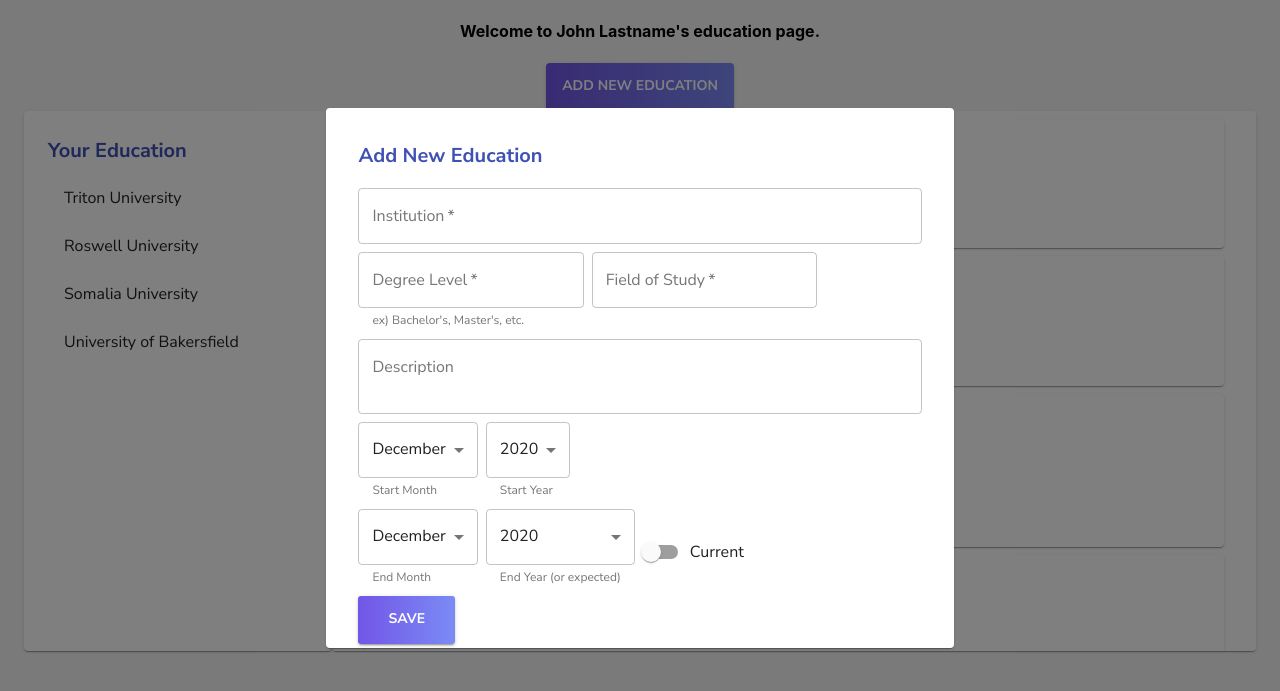
Repository: noellered/Showwcase-React-Challenge
Page: / (app in showwcase-education-react/), after clicking the first element matching `button.MuiButtonBase-root`
An editor plug-in stored every save of this project. The page is shown before and after the next save, followed by the edit.
The browser window is 1280 px wide. The pictures show the whole page.
The page's requests for data from a server got no answer. An inner scrolling area shows only its first screen. The project was rebuilt for these pictures with package versions that can differ from the ones it lists, and the page was loaded fresh each time. No one was signed in, and anything a server would have sent is missing. Also part of the build but not shown: showwcase-education-react/src/components/Home.tsx.

Above is the page before, as saved 2020-12-17 17:59:35.

After the next save:
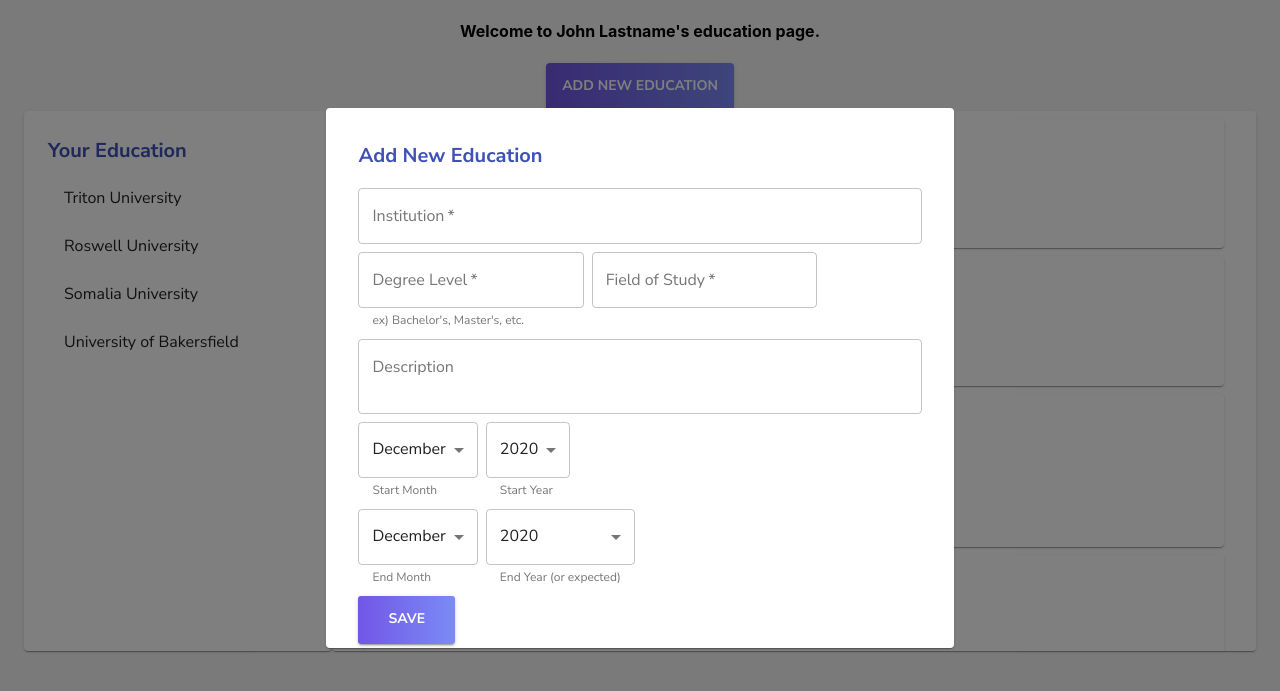
Saved 11 s later.
--- a/showwcase-education-react/src/components/education/EducationModalContent.tsx
+++ b/showwcase-education-react/src/components/education/EducationModalContent.tsx
@@ -182,10 +182,6 @@ const EducationModalContent:FunctionComponent<{handleUpdate: any}>= ({ handleUpd
                 <div className={classes.inputGroup}>
                     <MonthPicker className={`${classes.input} ${classes.mr}`} label="End Month" id="endMonth" onChange={(e)=> setEnd({...end, month: e.target.value})}/>
                     <YearPicker className={`${classes.input} ${classes.mr}`} label="End Year (or expected)" id="endYear" onChange={(e)=> setEnd({...end, year: e.target.value})}/>
-                    <FormControlLabel
-                      control={<Switch checked={current} onChange={handleSwitch} name="current" color="secondary"/>}
-                      label="Current"
-                    />
 
                 </div>
                 <Button variant="contained" className={classes.button} color="primary" type="submit" >Save</Button>
